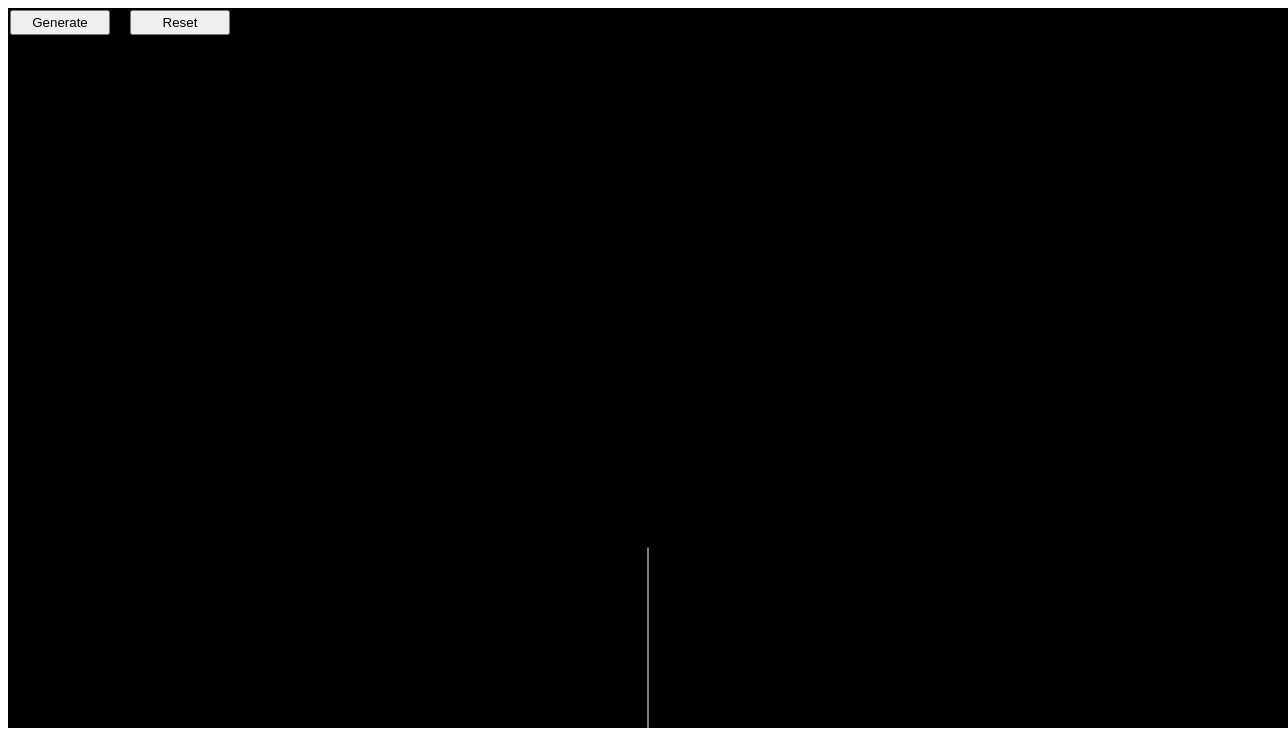
Repository: Gabrielw123/Fraktalgenerator
Page: fraktaler/test/bruh.html
These files come from the project's save history. The page is drawn as it stood at one moment and after the next save; the edit follows.
The browser window is 1280 px wide. The page is 1288 px wide, so the pictures cover 1288 px, including what lies to the right of the window. The pictures show the whole page.
Some web libraries are served in a nearby version.

Above is the page before, as saved 2022-01-12 09:16:44.

After the next save:
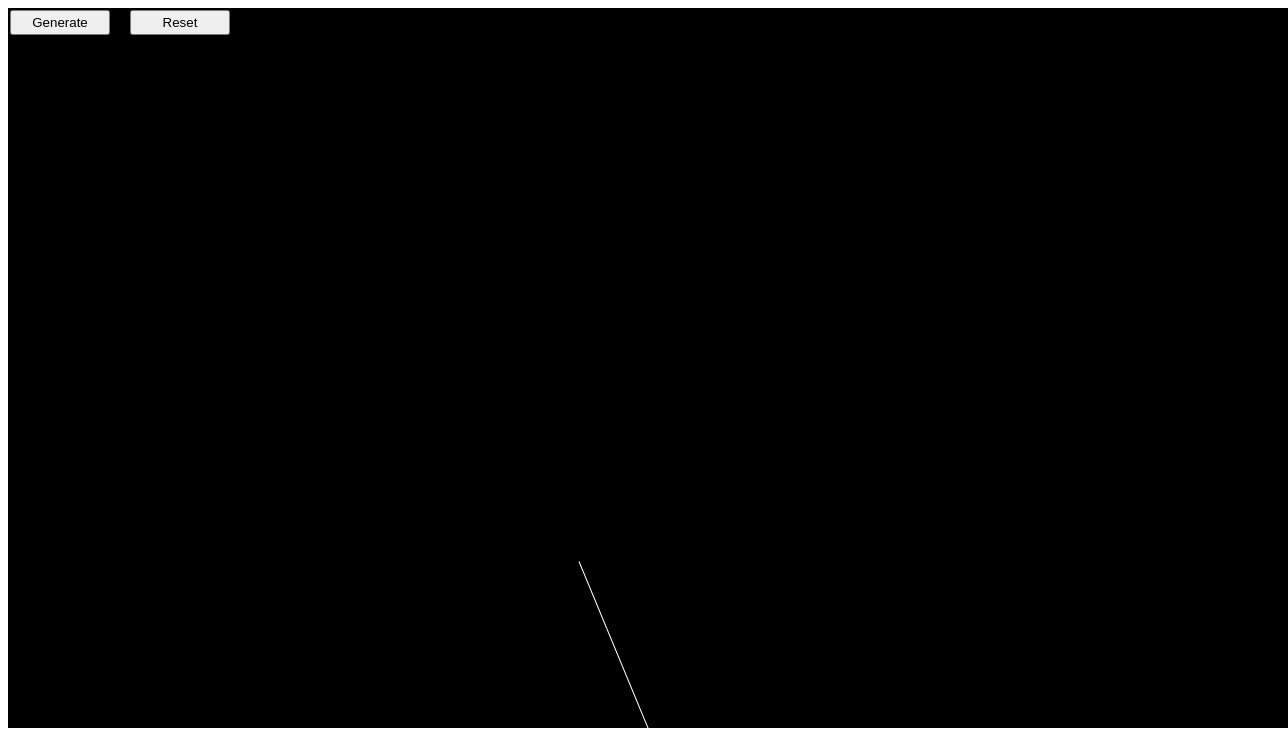
Saved 60 s later.
--- a/fraktaler/test/noob.js
+++ b/fraktaler/test/noob.js
@@ -8,7 +8,7 @@ let maxGeneration = 6;
 let length;
 let angle;
 
-let axiom = "F";
+let axiom = "-F";
 let sentence = axiom;
 
 let rules = [
